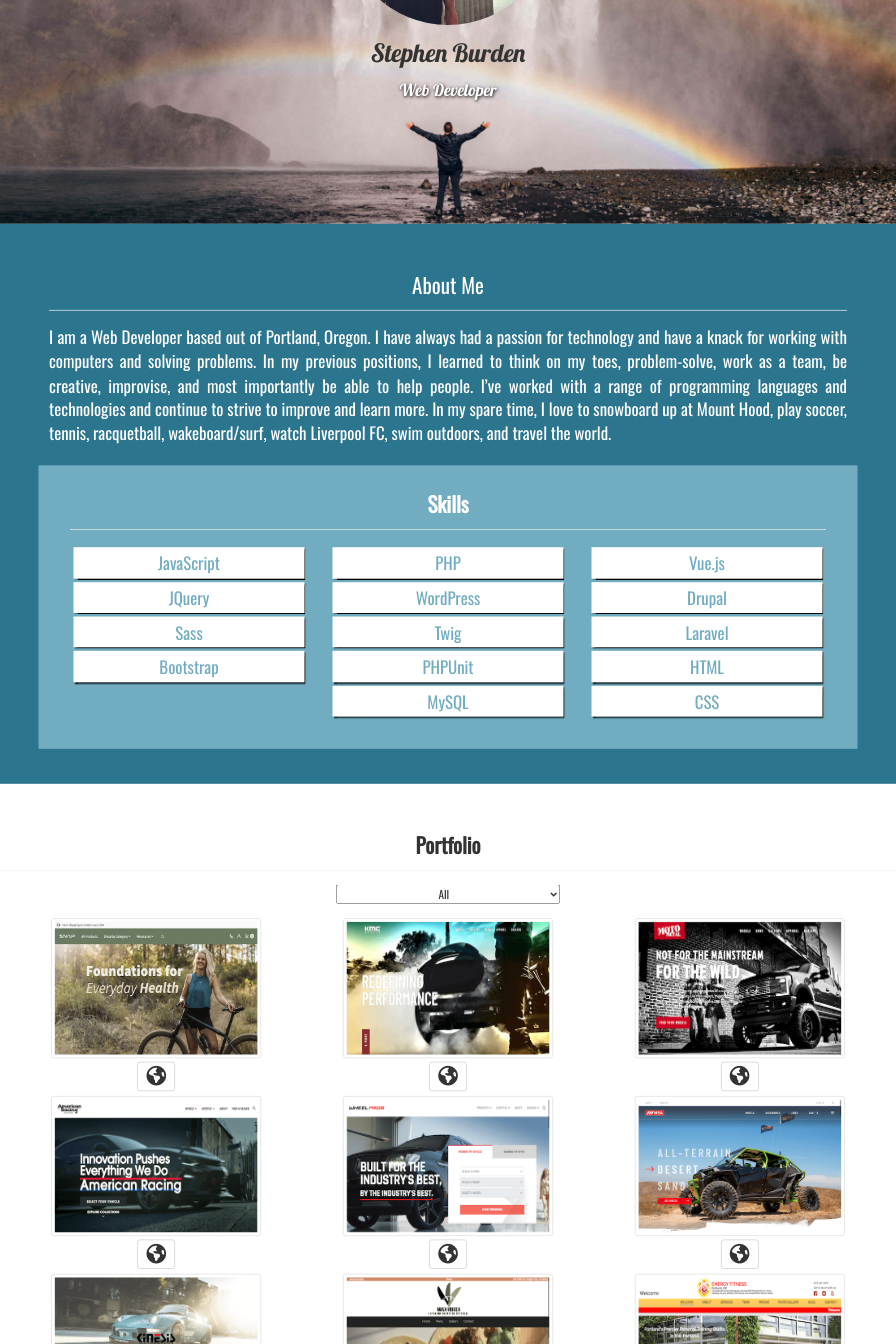
Repository: spburden/portfolio
Page: index.html
These files come from the project's save history. The page is drawn as it stood at one moment and after the next save; the edit follows.
The browser window is 1280 px wide. The pictures show the part of the page from y = 464 to 2384 px (the page is 4185 px tall), at 70% of full size.
Some web libraries are served in a nearby version.

Above is the page before, as saved 2019-07-31 00:37:17.

### index.html
<!DOCTYPE html>
<html>
<head>
  <!-- Global site tag (gtag.js) - Google Analytics -->
  <script async src="https://www.googletagmanager.com/gtag/js?id=UA-92048308-1"></script>
  <script>
    window.dataLayer = window.dataLayer || [];
    function gtag(){dataLayer.push(arguments);}
    gtag('js', new Date());
    gtag('config', 'UA-92048308-1');
  </script>
  <meta charset="utf-8">
  <meta http-equiv="X-UA-Compatible" content="IE=edge">
  <meta content="width=device-width, initial-scale=1.0" name="viewport">
  <meta content="This is the portfolio of Stephen Burden who is a Web Developer available for hire in the Portland, OR area." name="Description">
  <meta content="Junior, Software, spburden, Oregon, Epicodus, PHP, JavaScript, Wordpress, Ember, EmberJS, JS, Python, Angular 2, Silex, Twig, MySQL, HTML, CSS, Bootstrap, JQuery, Drupal, SEO, Node.JS" name="Keywords">
  <script type="application/ld+json">
    /*<![CDATA[*/{"@context":"http:\/\/schema.org","@type":"WebSite","@id":"#website","url":"http:\/\/www.stephenburden.com\/","name":"Stephen Burden - Web Developer","potentialAction":{"@type":"SearchAction","target":"http:\/\/www.stephenburden.com\/?s={search_term_string}","query-input":"required name=search_term_string"}}/*]]>*/
  </script>
  <link href="favicon.ico" rel="shortcut icon" type="image/x-icon">
  <link href="css/bootstrap.min.css" media="all" rel="stylesheet" type="text/css">
  <link href="https://fonts.googleapis.com/css?family=Lobster|Cormorant+Garamond|Oswald|Raleway|Lato" rel="stylesheet" type="text/css">
  <link href="css/styles.min.css" media="screen" rel="stylesheet" title="no title">
  <script src="js/jquery-3.2.1.min.js" type="text/javascript">
  </script>
  <script async src="js/bootstrap.min.js" type="text/javascript">
  </script>
  <title>Stephen Burden - Portfolio | Web Developer in Portland, OR</title>
</head>
<body>
  <nav class="navbar nav-pills navbar-fixed-top">
    <div class="container-fluid">
      <!-- Brand and toggle get grouped for better mobile display -->
      <div class="navbar-header">
        <button aria-expanded="false" class="navbar-toggle collapsed" data-target="#bs-example-navbar-collapse-1" data-toggle="collapse" type="button"><span class="sr-only">Toggle navigation</span> <span class="icon-bar"></span> <span class="icon-bar"></span> <span class="icon-bar"></span></button> <a data-part="pageOne" class="navbar-brand" href="#" id="home">Stephen Burden</a>
      </div>
      <!-- Collect the nav links, forms, and other content for toggling -->
      <div class="collapse navbar-collapse" id="bs-example-navbar-collapse-1">
        <ul class="nav navbar-nav navbar-right">
          <li class="page-scroll">
            <a data-part="pageTwo" href="#" id="about">About</a>
          </li>
          <li class="page-scroll">
            <a data-part="pageThree" href="#" id="portfolio">Portfolio</a>
          </li>
          <li class="page-scroll">
            <a data-part="pageFour" href="#" id="contact">Contact</a>
          </li>
        </ul>
      </div>
      <!-- /.navbar-collapse -->
    </div>
    <!-- /.container-fluid -->
  </nav>
  <div class="section pageOne" id="pageOne">
    <img alt="Stephen Burden Web Developer" class="center-block" id="face" src="images/corcovado.jpg">
    <div class="center">
      <h1 class="burden">Stephen Burden</h1>
      <h3 class="burden">Web Developer</h3>
    </div>
  </div>
  <div class="section pageTwo" id="pageTwo">
    <div class="container">
      <div class="center">
        <h2 class="white">About Me</h2>
      </div>
      <hr>
      <p class="white justify">I am a Web Developer based out of Portland, Oregon. I have always had a passion for technology and have a knack for working with computers and solving problems. In my previous positions, I learned to think on my toes, problem-solve, work as a team, be creative, improvise, and most importantly be able to help people. I’ve worked with a range of programming languages and technologies and continue to strive to improve and learn more. In my spare time, I love to snowboard up at Mount Hood, play soccer, tennis, racquetball, wakeboard/surf, watch Liverpool FC, swim outdoors, and travel the world. </p><br>
      <div class="row whatup">
        <div class="col-sm-12">
          <h2 class="center strong" id="skills">Skills</h2>
          <hr>
        </div>
        <div class="col-sm-4">
          <ul class="skills">
            <li>JavaScript</li>
            <li>JQuery</li>
            <!-- <li>TypeScript</li> -->
            <li>Sass</li>
            <!-- <li>Node.JS</li> -->
            <li>Bootstrap</li>
            <!-- <li>Ember</li> -->
            <!-- <li>Angular 2</li> -->
          </ul>
        </div>
        <div class="col-sm-4 mid-skills">
          <ul class="skills">
            <li>PHP</li>
            <li>WordPress</li>
            <!-- <li>Silex</li> -->
            <li>Twig</li>
            <li>PHPUnit</li>
            <li>MySQL</li>
          </ul>
        </div>
        <div class="col-sm-4">
          <ul class="skills">
            <li>Vue.js</li>
            <li>Drupal</li>
            <li>Laravel</li>
            <li>HTML</li>
            <li>CSS</li>
            <!-- <li>Python</li> -->
          </ul>
        </div>
      </div>
    </div>
  </div>
  <div class="section container-fluid pageThree" id="pageThree">
    <div class="center">
      <h2 class="strong">Portfolio</h2>
    </div>
    <hr>
    <div class="center">
      <select class="">
        <option value="all">
          All
        </option>
        <option value="js">
          JavaScript
        </option>
        <option value="php">
          PHP
        </option>
        <option value="wordpress">
          Wordpress
        </option>
        <option value="vue">
          Vue.js
        </option>
        <option value="laravel">
          Laravel
        </option>
        <option value="drupal">
          Drupal
        </option>
      </select>
    </div><br>
    <div class="row">
      <div class="col-sm-6 col-md-4 porto js php vue laravel">
        <a href="https://snapsupplements.com/"  target="_blank"><img alt="Snap Supplements" class="img-responsive thumbnail center-block screenshot" src="images/snap.jpg"></a>
        <a class="btn btn-default"  href="https://snapsupplements.com/" target="_blank"><i class="fa fa-globe fa-2x"></i></a>
      </div>
      <div class="col-sm-6 col-md-4 porto js wordpress php">
        <a href="https://www.kmcwheels.com/"  target="_blank"><img alt="KMC Wheels" class="img-responsive thumbnail center-block screenshot" src="images/kmc.jpg"></a>
        <a class="btn btn-default"  href="https://www.kmcwheels.com/" target="_blank"><i class="fa fa-globe fa-2x"></i></a>
      </div>
      <div class="col-sm-6 col-md-4 porto js wordpress php">
        <a href="https://www.motometalwheels.com/"  target="_blank"><img alt="Moto Metal Wheels" class="img-responsive thumbnail center-block screenshot" src="images/moto.jpg"></a>
        <a class="btn btn-default"  href="https://www.motometalwheels.com/" target="_blank"><i class="fa fa-globe fa-2x"></i></a>
      </div>
      <div class="col-sm-6 col-md-4 porto js wordpress php">
        <a href="https://www.americanracing.com/"  target="_blank"><img alt="American Racing" class="img-responsive thumbnail center-block screenshot" src="images/american.jpg"></a>
        <a class="btn btn-default"  href="https://www.americanracing.com/" target="_blank"><i class="fa fa-globe fa-2x"></i></a>
      </div>
      <div class="col-sm-6 col-md-4 porto js wordpress php">
        <a href="https://www.wheelpros.com/"  target="_blank"><img alt="Wheel Pros" class="img-responsive thumbnail center-block screenshot" src="images/wheelpros.jpg"></a>
        <a class="btn btn-default"  href="https://www.wheelpros.com/" target="_blank"><i class="fa fa-globe fa-2x"></i></a>
      </div>
      <div class="col-sm-6 col-md-4 porto js wordpress php">
        <a href="https://www.msawheels.com/"  target="_blank"><img alt="MSA Wheels" class="img-responsive thumbnail center-block screenshot" src="images/msawheels.jpg"></a>
        <a class="btn btn-default"  href="https://www.msawheels.com/" target="_blank"><i class="fa fa-globe fa-2x"></i></a>
      </div>
      <div class="col-sm-6 col-md-4 porto wordpress php">
        <a href="https://www.kinesismotorsport.com/"  target="_blank"><img alt="Kinesis Motorsport" class="img-responsive thumbnail center-block screenshot" src="images/kinesis.jpg"></a>
        <a class="btn btn-default"  href="https://www.kinesismotorsport.com/" target="_blank"><i class="fa fa-globe fa-2x"></i></a>
      </div>
      <!-- <div class="col-sm-6 col-md-4 porto js">
        <a href="https://spburden.github.io/porsche-pdp-html/"  target="_blank"><img alt="Mesa Fresca - Oregon City" class="img-responsive thumbnail center-block screenshot" src="images/porsche.jpg"></a>
        <a class="btn btn-default"  href="https://github.com/spburden/porsche-pdp-html"  target="_blank"><i class="fa fa-github fa-2x"></i></a>
        <a class="btn btn-default"  href="https://spburden.github.io/porsche-pdp-html/"  target="_blank"><i class="fa fa-globe fa-2x"></i></a>
      </div> -->
      <!-- <div class="col-sm-6 col-md-4 porto wordpress">
        <a href="https://spburden.github.io/easy-power/" target="_blank"><img alt="Easy Power" class="img-responsive thumbnail center-block screenshot" src="images/easypower.jpg"></a>
        <a class="btn btn-default" href="https://github.com/spburden/easy-power-wordpress" target="_blank"><i class="fa fa-github fa-2x"></i></a>
        <a class="btn btn-default" href="https://spburden.github.io/easy-power/" target="_blank"><i class="fa fa-globe fa-2x"></i></a>
      </div> -->
      <div class="col-sm-6 col-md-4 porto php">
        <a href="http://mesafrescaoc.com/" target="_blank"><img alt="Mesa Fresca - Oregon City" class="img-responsive thumbnail center-block screenshot" src="images/mesa.jpg"></a> <a class="btn btn-default" href="http://mesafrescaoc.com/" target="_blank"><i class="fa fa-globe fa-2x"></i></a>
      </div>
      <div class="col-sm-6 col-md-4 porto php">
        <a href="http://www.energyfitnessconcepts.com/" target="_blank"><img alt="Energy Fitness Concepts - Pearl District, Portland, OR" class="img-responsive thumbnail center-block screenshot" src="images/energy.jpg"></a> <a class="btn btn-default" href="http://www.energyfitnessconcepts.com/" target="_blank"><i class="fa fa-globe fa-2x"></i></a>
      </div>
      <div class="col-sm-6 col-md-4 porto php">
        <a href="http://www.thereadingtoolkit.com/" target="_blank"><img alt="The Reading Toolkit - Portland, OR" class="img-responsive thumbnail center-block screenshot" src="images/reading.jpg"></a> <a class="btn btn-default" href="http://www.thereadingtoolkit.com/" target="_blank"><i class="fa fa-globe fa-2x"></i></a>
      </div>
      <div class="col-sm-6 col-md-4 porto php">
        <a href="https://www.pknwconstruction.com/" target="_blank"><img alt="PKNW Construction - Hillsboro, Portland" class="img-responsive thumbnail center-block screenshot" src="images/pknw.jpg"></a> <a class="btn btn-default" href="https://www.pknwconstruction.com/" target="_blank"><i class="fa fa-globe fa-2x"></i></a>
      </div>
      <div class="col-sm-6 col-md-4 porto js">
        <a href="https://github.com/spburden/neighborly-pdx-ember" target="_blank"><img alt="Portland Neighborhood Research App - Ember Javascript" class="img-responsive thumbnail center-block screenshot" src="images/npdx1.jpg"></a> <a class="btn btn-default" href="https://github.com/spburden/neighborly-pdx-ember" target="_blank"><i class="fa fa-github fa-2x"></i></a>
        <!-- <a class="btn btn-default" href="https://neighborly-pdx.pagefrontapp.com/" target="_blank"><i class="fa fa-globe fa-2x"></i></a> -->
      </div>
      <div class="col-sm-6 col-md-4 porto drupal">
        <a href="http://rvoutdooradventures.com" target="_blank"><img alt="RV Outdoor Adventures (Clatskanie, OR) - Drupal" class="img-responsive thumbnail center-block screenshot" src="images/rv.jpg"></a> <a class="btn btn-default" href="http://rvoutdooradventures.com" target="_blank"><i class="fa fa-globe fa-2x"></i></a>
      </div>
      <div class="col-sm-6 col-md-4 porto drupal">
        <a href="https://github.com/spburden/skill-swap-drupal" target="_blank"><img alt="Skill Swap - Drupal" class="img-responsive thumbnail center-block screenshot" src="images/swap.jpg"></a> <a class="btn btn-default" href="https://github.com/spburden/skill-swap-drupal" target="_blank"><i class="fa fa-github fa-2x"></i></a>
      </div>
      <div class="col-sm-6 col-md-4 porto js">
        <a href="https://github.com/spburden/qa-message-board-ember" target="_blank"><img alt="Question Answer Message Board - Ember.JS" class="img-responsive thumbnail center-block screenshot" src="images/msg-brd-ember.jpg"></a> <a class="btn btn-default" href="https://github.com/spburden/qa-message-board-ember" target="_blank"><i class="fa fa-github fa-2x"></i></a>
      </div>
      <div class="col-sm-6 col-md-4 porto php">
        <a href="https://github.com/spburden/restaurant-reviewer-php-sql" target="_blank"><img alt="Restaurant Reviewer - PHP SQL" class="img-responsive thumbnail center-block screenshot" src="images/relp.jpg"></a> <a class="btn btn-default" href="https://github.com/spburden/restaurant-reviewer-php-sql" target="_blank"><i class="fa fa-github fa-2x"></i></a> <a class="btn btn-default" href="https://enigmatic-tor-27207.herokuapp.com/" target="_blank"><i class="fa fa-globe fa-2x"></i></a>
      </div>
      <div class="col-sm-6 col-md-4 porto php">
        <a href="https://github.com/spburden/spacetruckin" target="_blank"><img alt="Space Truckin' (Intergalatic Trading Game) - PHP" class="img-responsive thumbnail center-block screenshot" src="images/space.jpg"></a> <a class="btn btn-default" href="https://github.com/spburden/spacetruckin" target="_blank"><i class="fa fa-github fa-2x"></i></a> <a class="btn btn-default" href="https://shrouded-garden-90623.herokuapp.com/" target="_blank"><i class="fa fa-globe fa-2x"></i></a>
      </div>
      <div class="col-sm-6 col-md-4 porto php">
        <a href="https://github.com/spburden/word-frequency-php" target="_blank"><img alt="Word Frequency - PHP" class="img-responsive thumbnail center-block screenshot" src="images/freq.jpg"></a> <a class="btn btn-default" href="https://github.com/spburden/word-frequency-php" target="_blank"><i class="fa fa-github fa-2x"></i></a> <a class="btn btn-default" href="http://word-count-php.herokuapp.com/" target="_blank"><i class="fa fa-globe fa-2x"></i></a>
      </div>
      <div class="col-sm-6 col-md-4 porto php">
        <a href="https://github.com/spburden/shopping-site-ember" target="_blank"><img alt="E-Commerce Store - Ember.JS" class="img-responsive thumbnail center-block screenshot" src="images/shop.jpg"></a> <a class="btn btn-default" href="https://github.com/spburden/shopping-site-ember" target="_blank"><i class="fa fa-github fa-2x"></i></a>
      </div>
      <div class="col-sm-6 col-md-4 porto js">
        <a href="https://github.com/spburden/help-queue-ember" target="_blank"><img alt="Help Queue - Ember.JS" class="img-responsive thumbnail center-block screenshot" src="images/help.jpg"></a> <a class="btn btn-default" href="https://github.com/spburden/help-queue-ember" target="_blank"><i class="fa fa-github fa-2x"></i></a>
      </div>
      <div class="col-sm-6 col-md-4 porto js">
        <a href="https://github.com/spburden/meal-tracker-angular2" target="_blank"><img alt="Meal Tracker - Angular 2" class="img-responsive thumbnail center-block screenshot" src="images/meal.jpg"></a> <a class="btn btn-default" href="https://github.com/spburden/meal-tracker-angular2" target="_blank"><i class="fa fa-github fa-2x"></i></a> <a class="btn btn-default" href="https://meal-tracker-angular2.herokuapp.com/" target="_blank"><i class="fa fa-globe fa-2x"></i></a>
      </div>
      <div class="col-sm-6 col-md-4 porto php">
        <a href="https://github.com/spburden/shoe-store-php-sql" target="_blank"><img alt="Shoe Store - PHP, SQL" class="img-responsive thumbnail center-block screenshot" src="images/shoes.jpg"></a> <a class="btn btn-default" href="https://github.com/spburden/shoe-store-php-sql" target="_blank"><i class="fa fa-github fa-2x"></i></a> <a class="btn btn-default" href="https://oak-worry.000webhostapp.com/" target="_blank"><i class="fa fa-globe fa-2x"></i></a>
      </div>
      <div class="col-sm-6 col-md-4 porto drupal">
        <a href="https://github.com/spburden/shift-cipher-drupal" target="_blank"><img alt="Shift Cipher - Drupal" class="img-responsive thumbnail center-block screenshot" src="images/cipher.jpg"></a> <a class="btn btn-default" href="https://github.com/spburden/shift-cipher-drupal" target="_blank"><i class="fa fa-github fa-2x"></i></a>
      </div>
    </div>
  </div>
  <div class="section container-fluid pageFour" id="pageFour">
    <div class="center">
      <h2 class="white">Let's Connect!</h2>
      <h4 class="white">Contact me:</h4>
      <div class="btn-list">
        <a class="btn btn-default" href="https://www.linkedin.com/in/stephenburden1" target="_blank"><i class="fa fa-linkedin fa=fw"></i> Linkedin</a> <a class="btn btn-default" href="https://www.github.com/spburden" target="_blank"><i class="fa fa-github"></i> Github</a> <a class="btn btn-default" href="mailto:spburden@gmail.com" target="_blank"><i class="fa fa-envelope"></i> Email</a> <a class="btn btn-default" href="https://drive.google.com/file/d/18yLGZf1XDpsPmF_a3ecTG2cEOckks6PN/view?usp=sharing" target="_blank"><i class="fa fa-file-text-o"></i> Resume</a>
      </div>
    </div>
  </div>
  <div class="container-fluid footer">
    <div class="center">
      <i class="copyright">Copyright &copy; Stephen Burden 2019. All Rights Reserved</i>
    </div>
  </div>
  <script src="js/scripts.min.js" type="text/javascript">
  </script>
  <script async src="https://use.fontawesome.com/9a38b0e6b3.js">
  </script>
</body>
</html>

### css/styles.min.css
nav li a{color:white}.container-fluid{overflow:hidden}.pageThree .col-sm-4{margin-bottom:15px}strong h2{font-weight:bolder}.center{margin-left:auto;margin-right:auto;text-align:center}.justify{text-align:justify}.strong{font-weight:bold}.page-scroll{text-align:center}.page-scroll a:hover{color:#6f51ad}ul.skills{padding:0}.skills li{margin:5px;padding:5px;background:white;list-style-type:none;font-size:24px;color:#71acc0;box-shadow:2px 2px 2px black}#skills{color:white}#home{color:#fdd167}#home:hover{color:#ffeab7}.icon-bar{background-color:#fdd167}.row{text-align:center}.row--flex{display:-webkit-box;display:-webkit-flex;display:-ms-flexbox;display:flex;flex-wrap:wrap}.row .btn{margin-top:-15px;margin-bottom:7px}.nav-pills{font-weight:100!important;background-color:black;opacity:.9}nav,#home{font-size:xx-large}h3{text-shadow:1px 1px 5px black}body{font-family:'Oswald',sans-serif;background-color:white}#face{border-radius:50%;width:300px}.pageOne{padding-top:200px;background:url("../images/epic2.jpg");background-size:cover;background-position:center;height:100vh;min-height:56em;font-family:'Lobster'}.whatup{padding-bottom:36px;padding-top:18px;background-color:#71acc0}.pageTwo{background-color:#2b758e;background-size:cover;padding:50px 0 50px 0;min-height:100vh}.pageThree{padding:50px 0 50px 0;min-height:700px}.pageFour{background-color:#5363ad;background-size:cover;padding:50px 0 100px 0}.footer{background-color:black;background-size:cover;padding:15px 0 15px 0}h3{color:white}.white{color:white}p{font-size:24px}.copyright{color:#e6e6e6}.row{padding-left:30px!important;padding-right:30px!important}.caption-style{list-style-type:none;margin:0;padding:0}.caption-style .project{float:left;padding:0;position:relative;overflow:hidden}.caption-style .project:hover .caption{opacity:1}.caption-style img{margin:0;padding:0;float:left;z-index:4}.caption-style .caption{cursor:pointer;position:absolute;opacity:0;-webkit-transition:all .45s ease-in-out;-moz-transition:all .45s ease-in-out;-o-transition:all .45s ease-in-out;-ms-transition:all .45s ease-in-out;transition:all .45s ease-in-out}.caption-style .blur{background-color:rgba(0,0,0,0.65);height:300px;width:400px;z-index:5;position:absolute}.caption-style .caption-text h1{text-transform:uppercase;font-size:24px}.project .caption-text{z-index:10;color:#fff;position:absolute;width:400px;height:300px;text-align:center;top:100px}.screenshot{width:300px;height:200px;z-index:4}.pageTwo,.pageThree,.pageFour,.footer{font-family:'Oswald',sans-serif}.nav,#home{letter-spacing:1.5px}select{width:25%;text-align-last:center;font-size:16px}.active{color:#6f51ad;background:#eee}@media screen and (max-width:767px){.screenshot{width:500px;height:333px}.mid-skills{padding-top:22px;padding-bottom:22px}}@media screen and (max-width:414px){.screenshot{width:350px;height:233px}}@media only screen and (max-width:991px) and (min-width:768px){.screenshot{width:340px;height:227px}}

### js/scripts.min.js
$(document).ready(function(){var a=$("#bs-example-navbar-collapse-1").outerHeight();$("nav a").click(function(){var b=this.attributes["data-part"].value;$("html, body").animate({scrollTop:$("."+b).offset().top-a},1000)});$("select").on("change",function(){var b=this.value;if(b==="all"){$(".porto").fadeIn("slow")}else{$(".porto").fadeOut("slow");$("."+b).fadeIn("slow")}$("html, body").animate({scrollTop:$(".pageThree").offset().top},1200)});$(".page-scroll a").on("click",function(b){$(this).blur();$("a").removeClass("active")});$(window).on("scroll",function(){$(".section").each(function(){var c=$(window).scrollTop()+$(window).height();if((c>=$(this).offset().top)&&($(this).attr("id")==="pageFour")){var d=$(this).attr("id");$(".page-scroll a").removeClass("active");$(".page-scroll a[data-part="+d+"]").addClass("active")}if((($(window).scrollTop()+a)>=$(this).offset().top)&&($(this).attr("id")!=="pageFour")){var b=$(this).attr("id");$(".page-scroll a").removeClass("active");$(".page-scroll a[data-part="+b+"]").addClass("active")}})})});

Loaded but not shown: css/bootstrap.min.css (library); js/jquery-3.2.1.min.js (library); js/bootstrap.min.js (library)

After the next save:
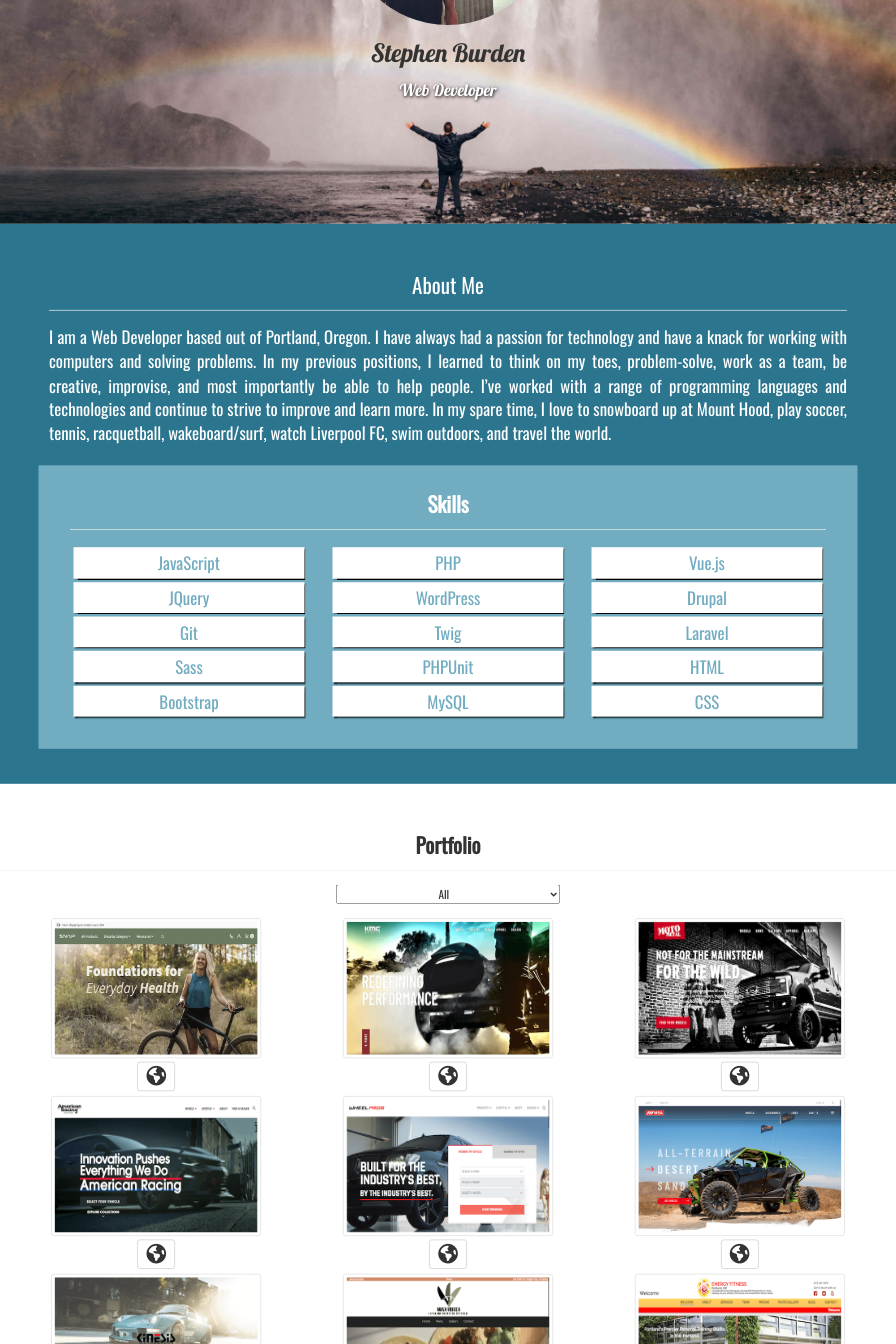
Saved 2 min 52 s later.
--- a/index.html
+++ b/index.html
@@ -75,6 +75,7 @@
           <ul class="skills">
             <li>JavaScript</li>
             <li>JQuery</li>
+            <li>Git</li>
             <!-- <li>TypeScript</li> -->
             <li>Sass</li>
             <!-- <li>Node.JS</li> -->
